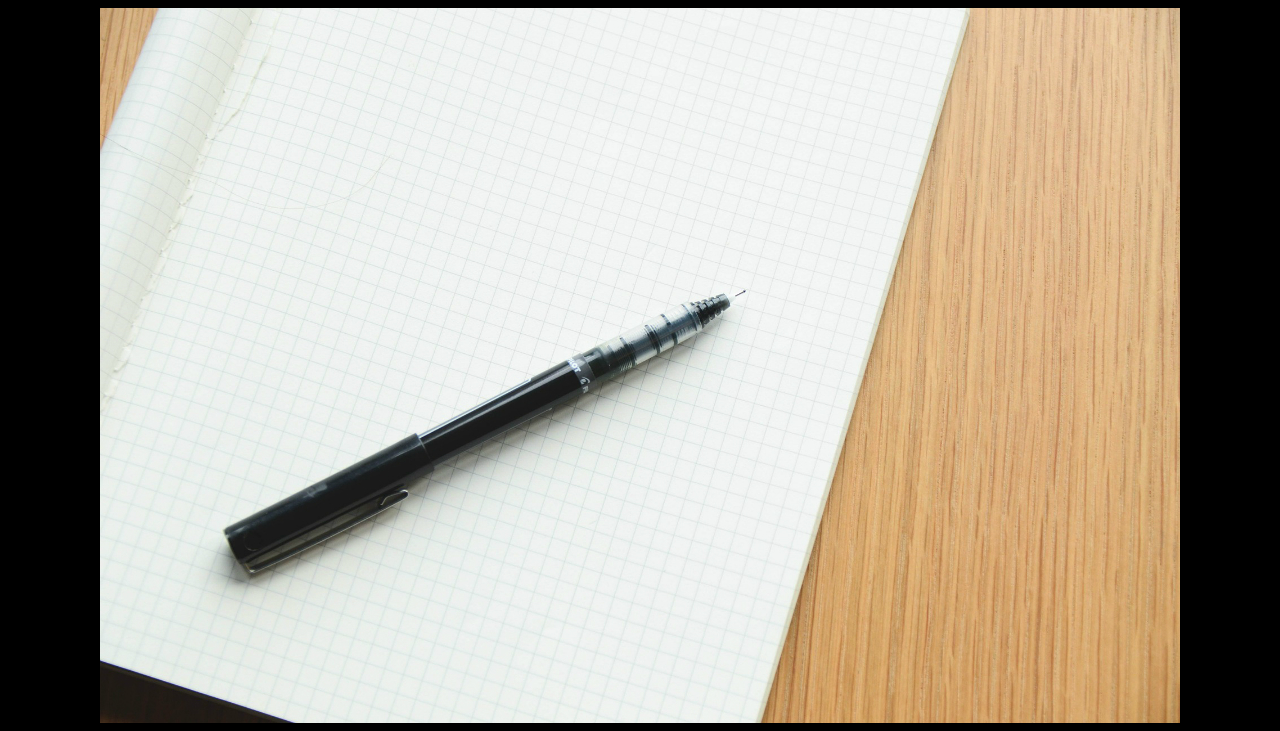
Repository: jc222fi/1dv403-laborationer
Page: 5-pwd/index.html
The author's editor kept a record of every edit. The page is drawn from the files as they stood at one moment, then again after the next edit.
The browser window is 1280 px wide. The pictures show the whole page.

Above is the page before.
Console error: SyntaxError: Unexpected token ')'

After the next edit:
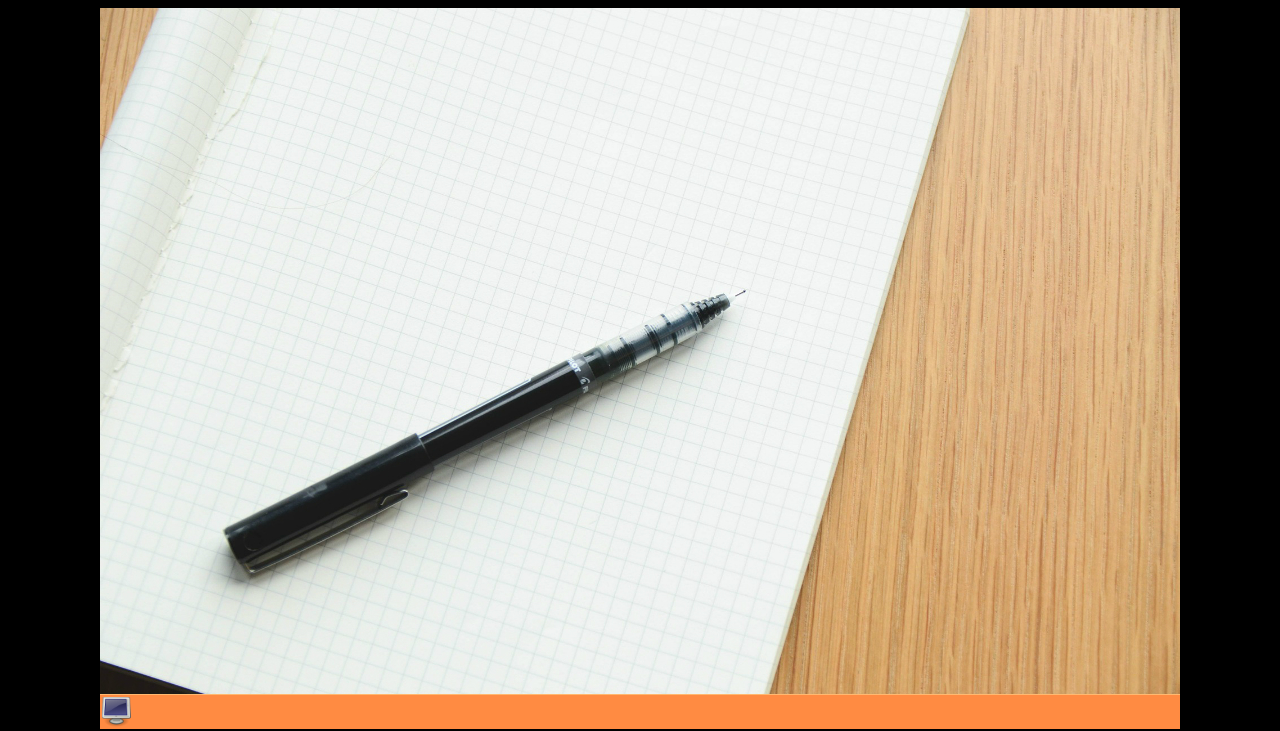
The error is gone.
The edit:
--- a/5-pwd/script.js
+++ b/5-pwd/script.js
@@ -121,7 +121,9 @@
         for(i=0;i<MyDesktop.imgArray.length;i++){
             maxWidth = MyDesktop.imgArray[i].thumbWidth;
 
-            if()
+            if(MyDesktop.imgArray[i].thumbWidth>maxWidth){
+                maxWidth = MyDesktop.imgArray[i].thumbWidth;
+            }
 
             imgDiv = document.createElement("div");
             aTag = document.createElement("a");
